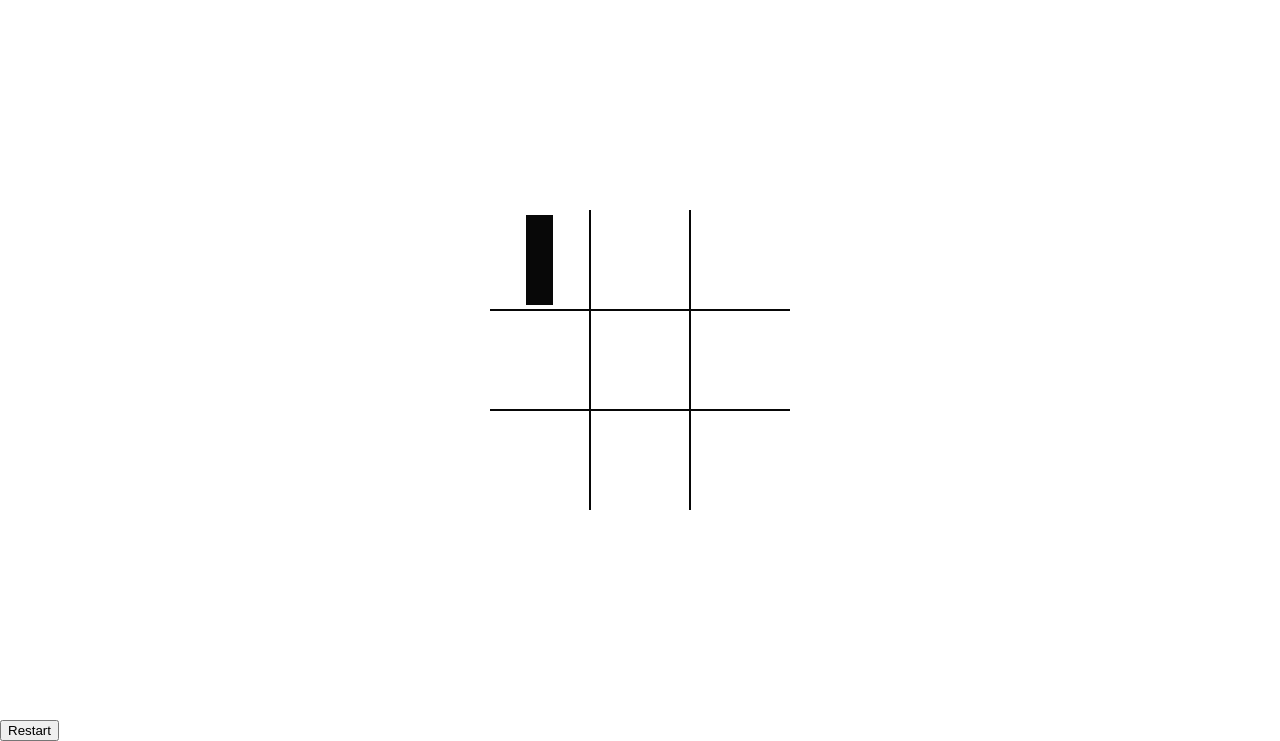
Repository: kkyler24/MCLA
Page: devFiles/TictactoeFiles/ticTacToe.html
An editor plug-in stored every save of this project. The page is shown before and after the next save, followed by the edit.
The browser window is 1280 px wide. The pictures show the whole page.

Above is the page before, as saved 2020-04-17 13:12:20.

After the next save:
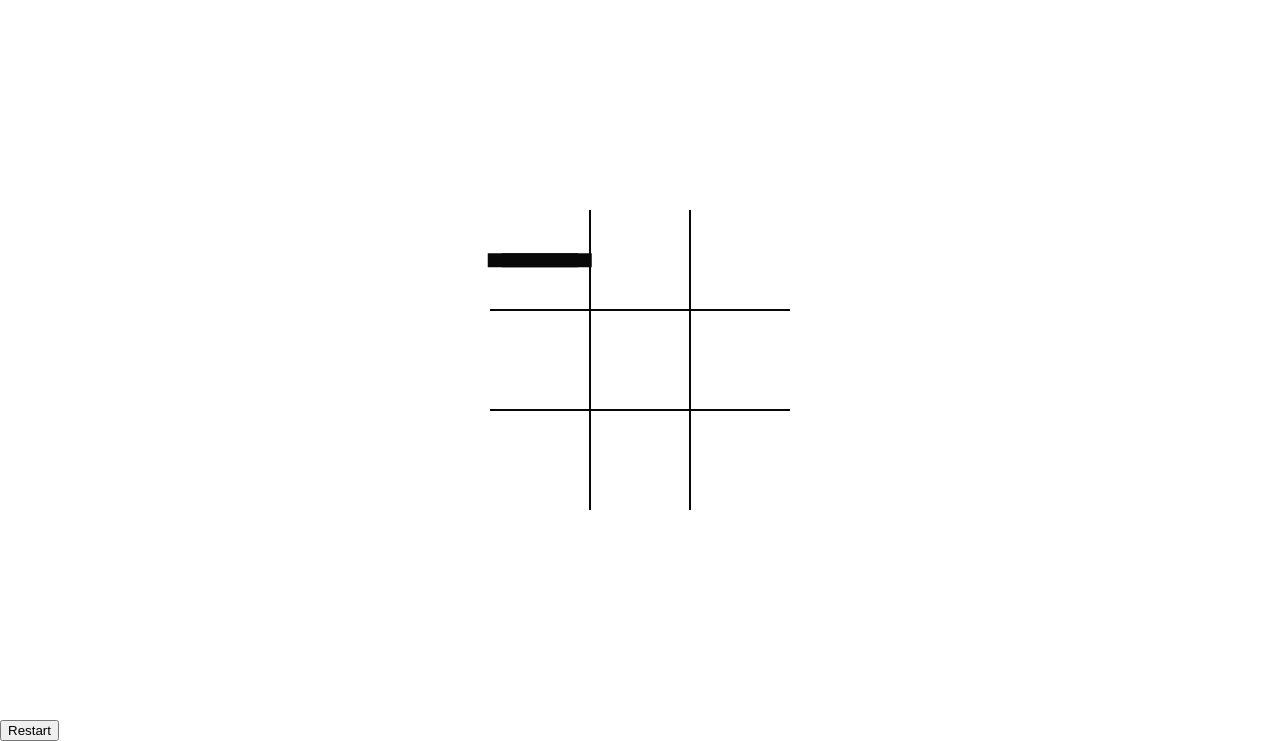
Saved 46 s later.
--- a/devFiles/TictactoeFiles/tictactoe.css
+++ b/devFiles/TictactoeFiles/tictactoe.css
@@ -54,7 +54,7 @@ body{
 .cellBOne.x::after{
     content: "";
     width: calc(var(--mark-size)*.15);
-    rotate: 90;
+    rotate: 90deg;
     height: var(--mark-size);
     background-color: rgb(8, 8, 8);
 
